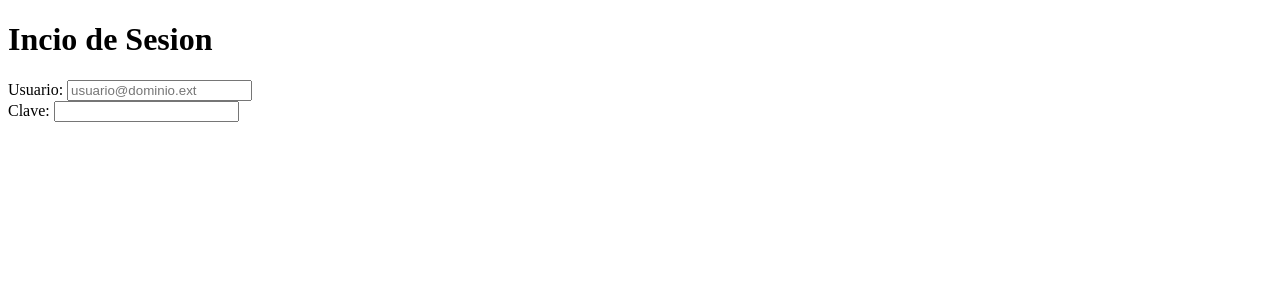
Repository: elcharlybeto/Java-WEB-API-55961
Page: http://localhost/Sesiones/formulario.jsp
The author's editor kept a copy of each file at every save. The page is drawn from the files as they stood at one save, then again after the next save.
The browser window is 1280 px wide. The pictures show the whole page.
The page is served by Tomcat 9.

Above is the page before, as saved 2022-01-20 23:17:10.

After the next save:
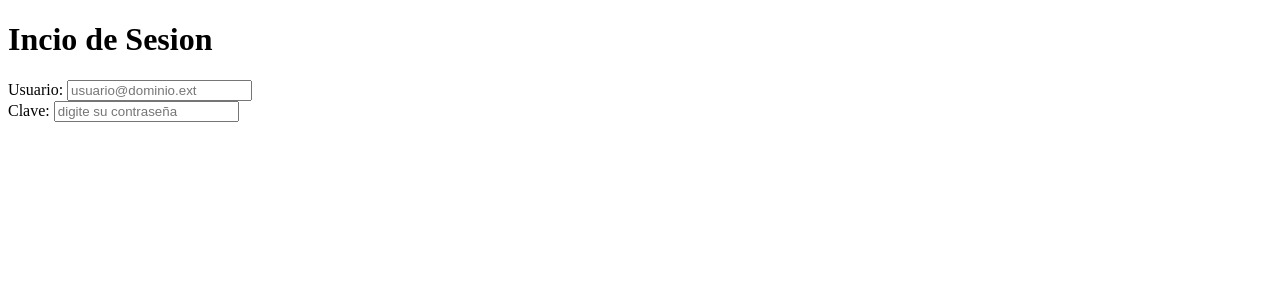
Saved 31 s later.
--- a/Sesiones/src/main/webapp/formulario.jsp
+++ b/Sesiones/src/main/webapp/formulario.jsp
@@ -16,7 +16,7 @@
 		</div>
 		<div>
 			<label for="clave">Clave:</label>
-			<input type="password" />
+			<input type="password" id="clave" name="clave" placeholder="digite su contraseña"/>
 		</div>
 
 
